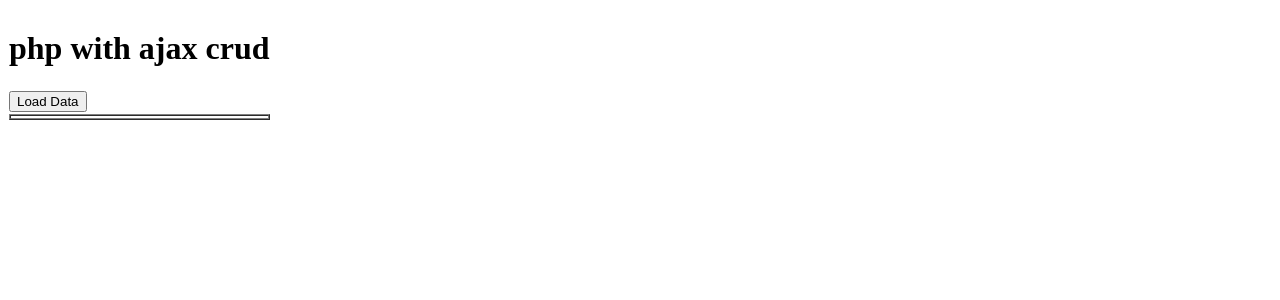
Repository: Tauqeer124/newrepo
Page: http://localhost/showdata.php
The author's editor kept a copy of each file at every save. The page is drawn from the files as they stood at one save, then again after the next save.
The browser window is 1280 px wide. The pictures show the whole page.
The page is run by PHP 8.4 with error messages shown; the project is at /var/www/html/.

Above is the page before, as saved 2023-04-28 11:52:19.

After the next save:
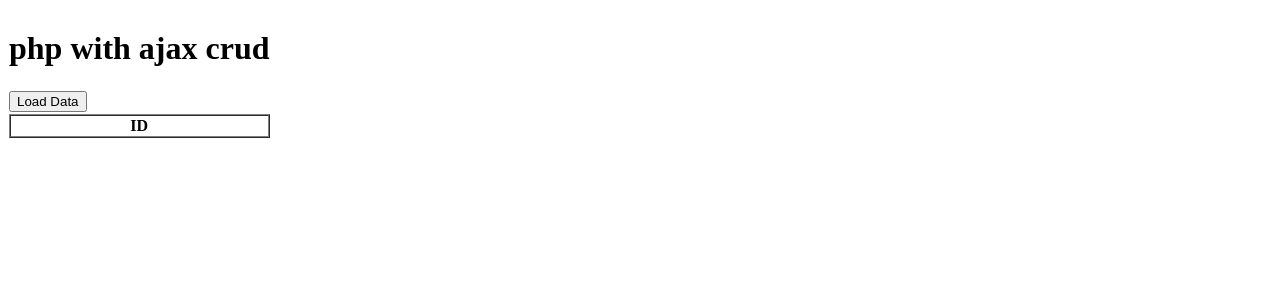
Saved 5 s later.
--- a/showdata.php
+++ b/showdata.php
@@ -19,7 +19,7 @@
                 <td id="table-data">
                     <table border="1" cellspacing="0" cellpading="10px" width="100%" >
                         <tr>
-                            <th></th>
+                            <th>ID</th>
                         </tr>
 
                     </table>
